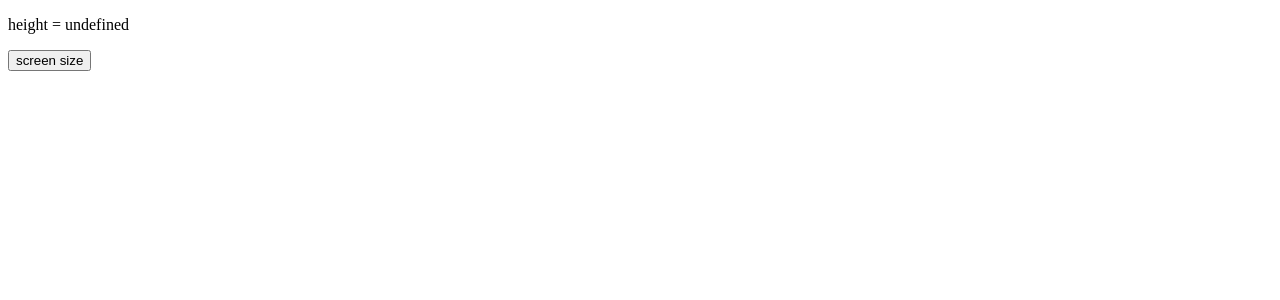
Repository: AndreyMykulych/javascript
Page: 13/index.html
An editor plug-in stored every save of this project. The page is shown before and after the next save, followed by the edit.
The browser window is 1280 px wide. The pictures show the whole page.
After loading, the first visible `button.addStorageKey` was clicked once.

Above is the page before, as saved 2023-05-05 23:30:35.

After the next save:
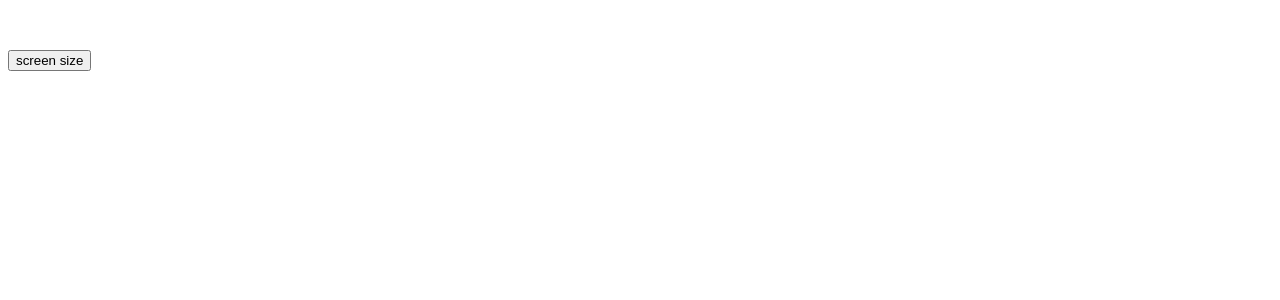
Console error: TypeError: Cannot read properties of undefined (reading 'value')
Saved 6 s later.
--- a/13/one.js
+++ b/13/one.js
@@ -8,7 +8,7 @@
        let key2 = localStorage.setItem('key2', window.screen.height)
         p.innerHTML = `width =${key1}`
         p.innerHTML = '<br>'
-        p.innerHTML=`height = ${key2}`
+        p.innerHTML=`height = ${key2.value}`
 
     }
 }

After the save that followed:
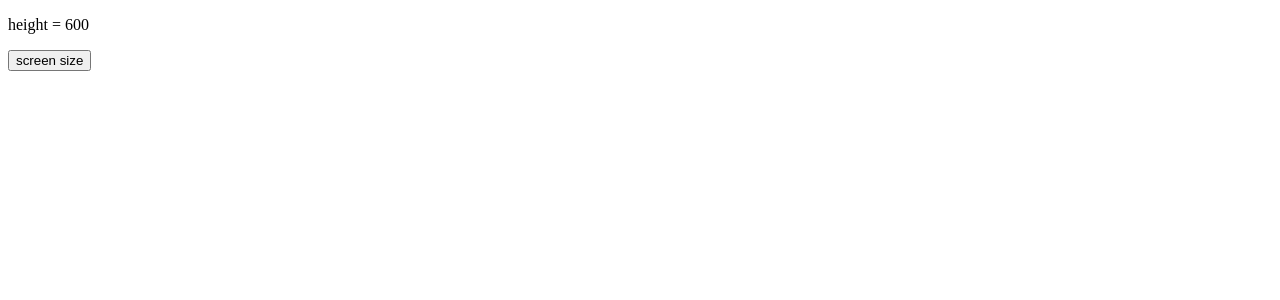
The error is gone.
Saved 14 s later.
--- a/13/one.js
+++ b/13/one.js
@@ -6,9 +6,9 @@
     btn.onclick = function ()  {
       let key1=  localStorage.setItem('key1', window.screen.width)
        let key2 = localStorage.setItem('key2', window.screen.height)
-        p.innerHTML = `width =${key1}`
+        p.innerHTML = `width =${window.screen.width}`
         p.innerHTML = '<br>'
-        p.innerHTML=`height = ${key2.value}`
+        p.innerHTML=`height = ${ window.screen.height}`
 
     }
 }
